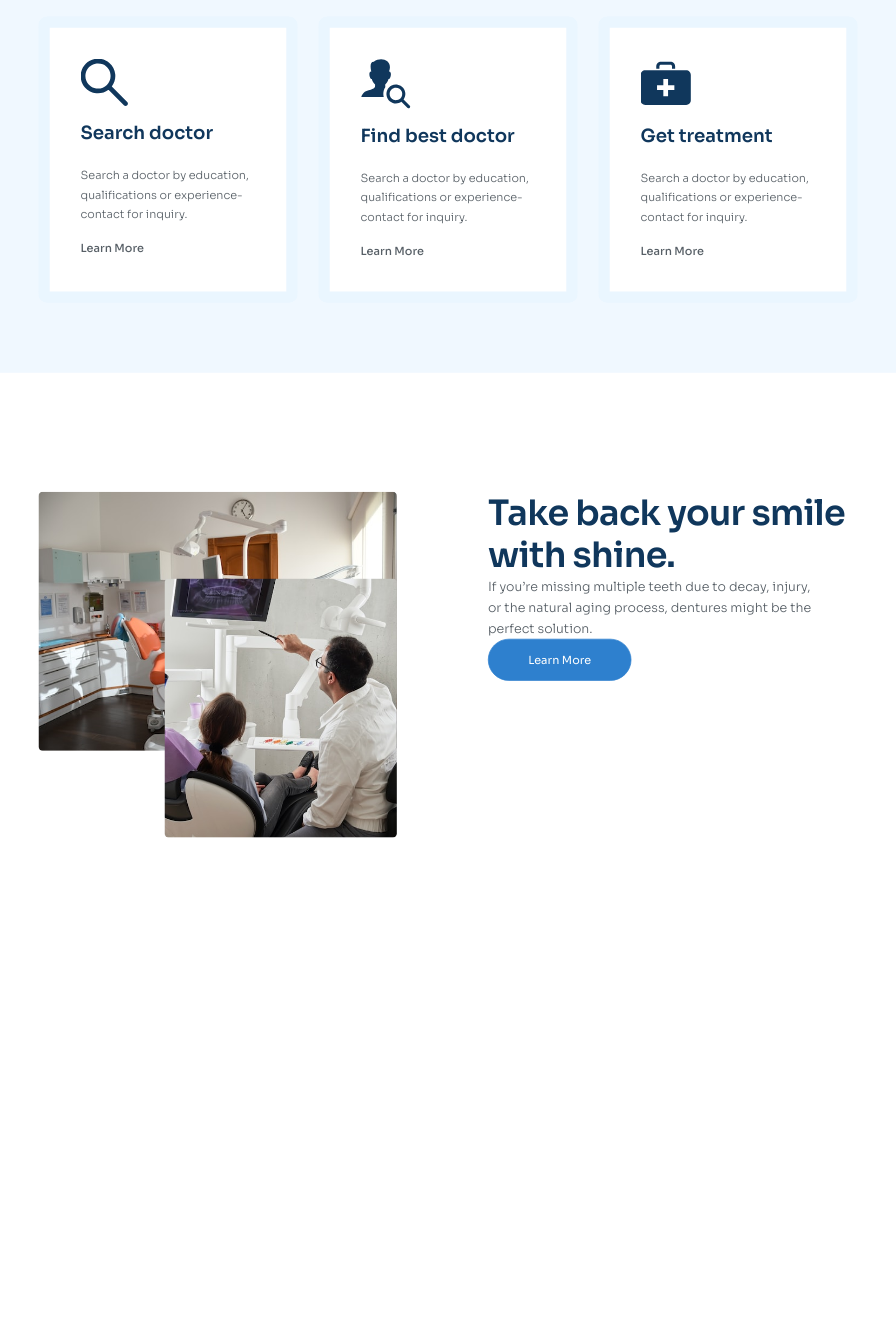
Repository: han2003dz/f8-project-03
Page: index.html
These files come from the project's save history. The page is drawn as it stood at one moment and after the next save; the edit follows.
The browser window is 1280 px wide. The pictures show the part of the page from y = 2172 to 4092 px (the page is 6000 px tall), at 70% of full size.

Above is the page before, as saved 2023-05-06 22:27:18.

After the next save:
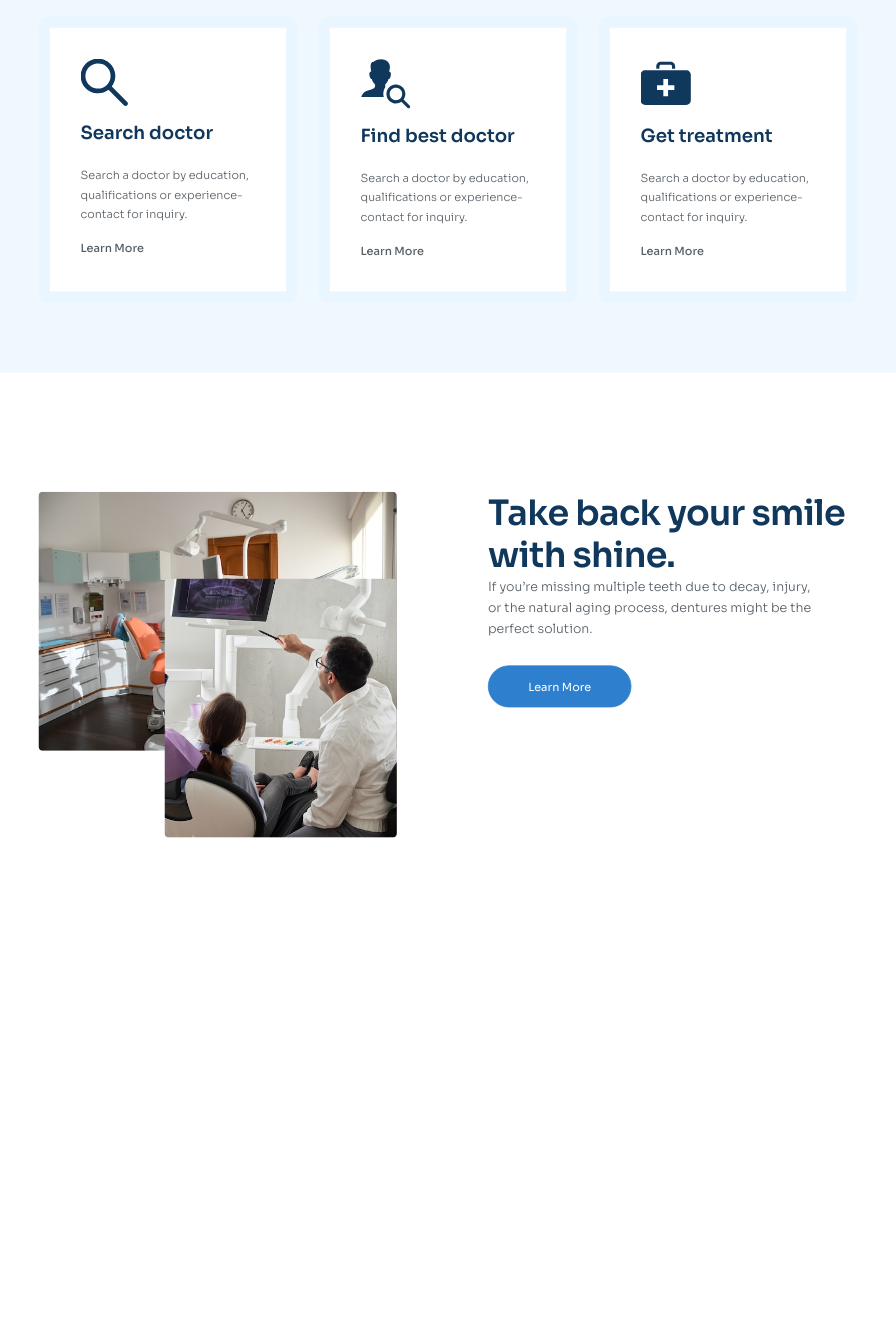
Saved 4 s later.
--- a/assets/css/style.css
+++ b/assets/css/style.css
@@ -385,5 +385,5 @@ a {
   margin: 0;
 }
 .feature__cta{
-  m-top: 38px;
-}
+  margin-top: 38px;
+}
